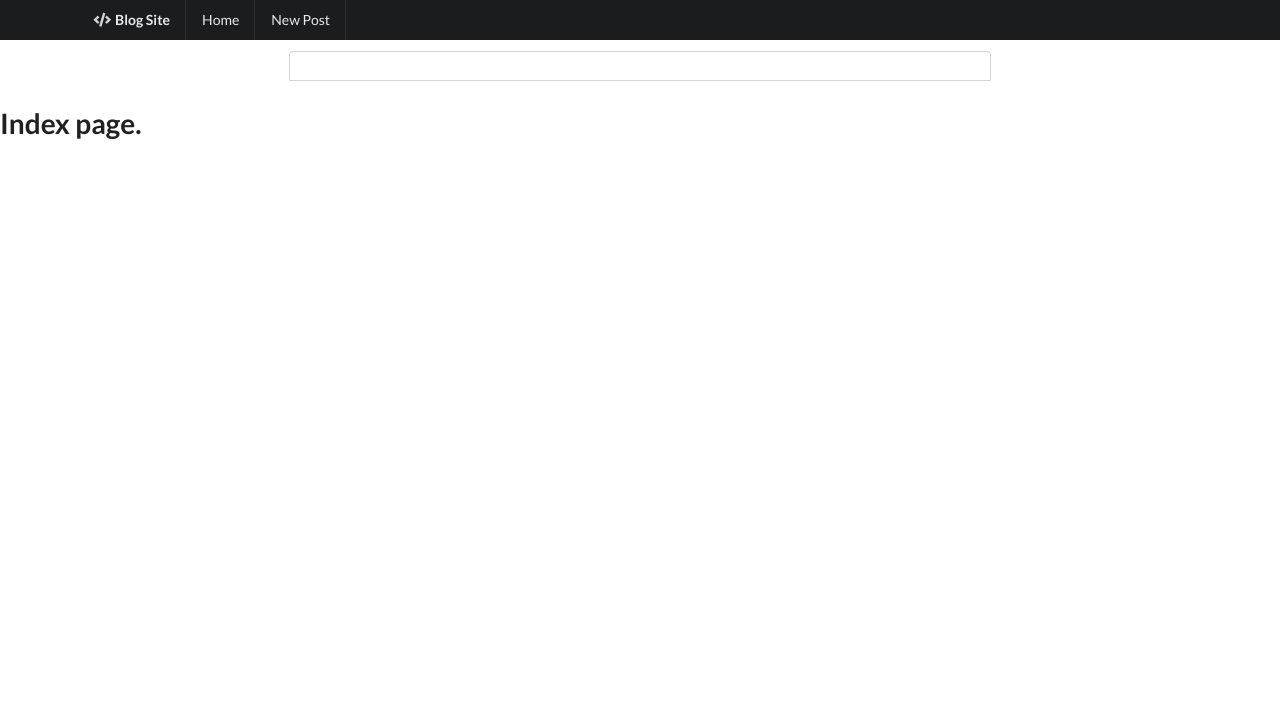
Repository: Frosslund/WebDevBootcampColtSteele
Page: http://localhost/blogs
The author's editor kept a record of every edit. The page is drawn from the files as they stood at one moment, then again after the next edit.
The browser window is 1280 px wide. The pictures show the whole page.
The page is served by the project's Node server (RESTfulRouting/RESTfulBlogApp/app.js). Queries for data that is not in the repository find no rows.

Above is the page before.

After the next edit:
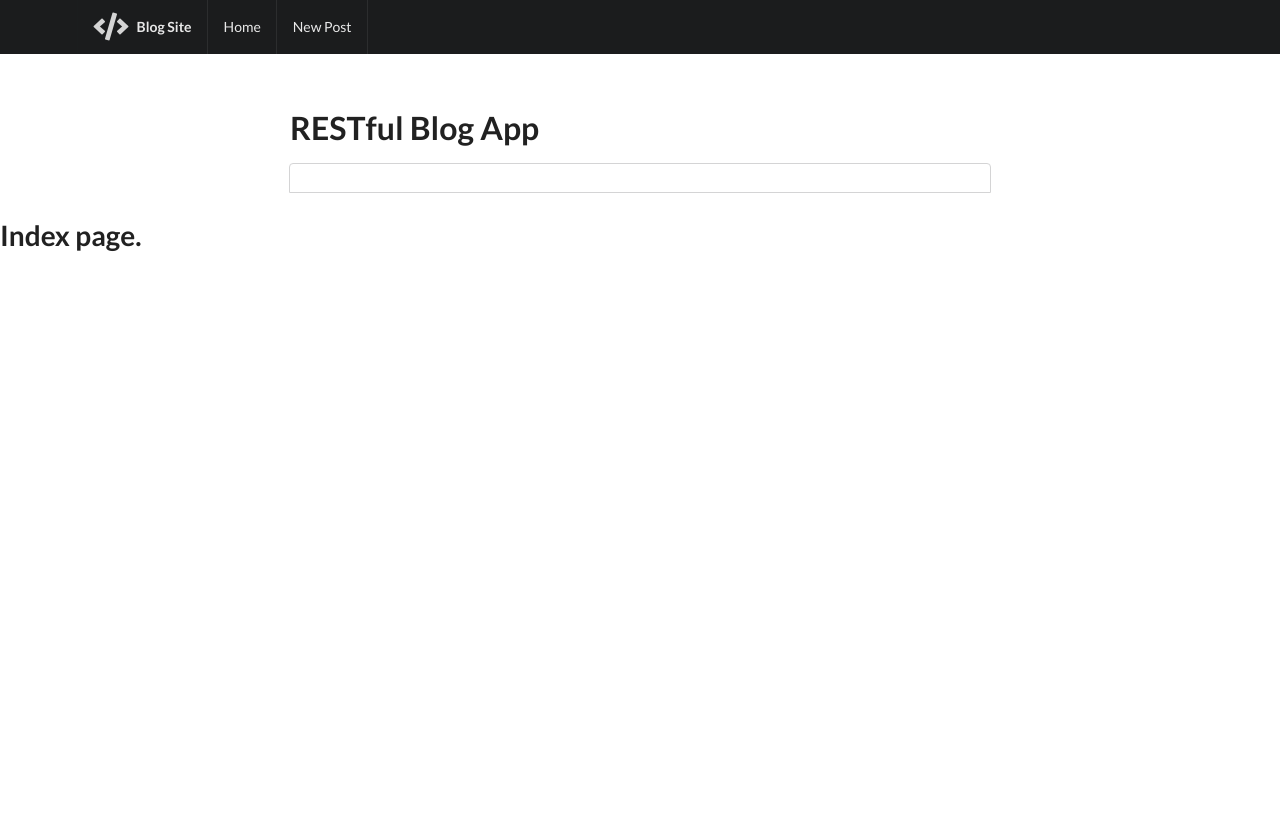
The edit:
--- a/RESTfulRouting/RESTfulBlogApp/views/partials/header.ejs
+++ b/RESTfulRouting/RESTfulBlogApp/views/partials/header.ejs
@@ -2,6 +2,7 @@
     <head>
         <title>Blog App</title>
         <link rel="stylesheet" type="text/css" href="https://cdnjs.cloudflare.com/ajax/libs/semantic-ui/2.4.1/semantic.min.css">
+        <link rel="stylesheet" type="text/css" href="/stylesheets/app.css">
     </head>
 
     <body>
